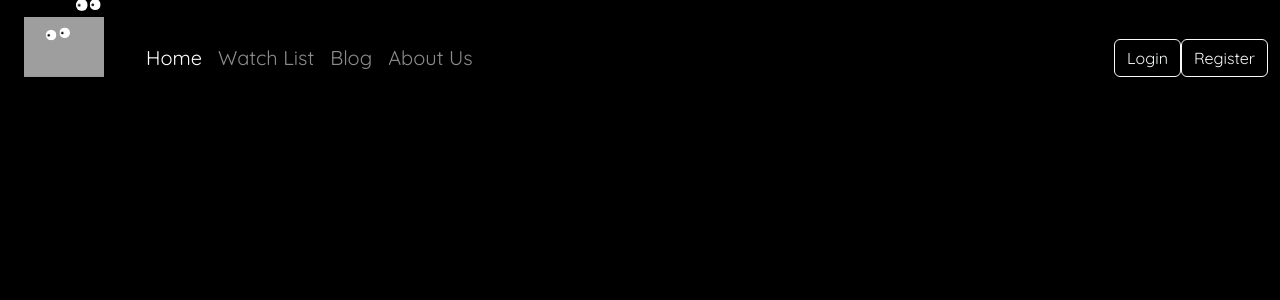
Repository: dangnguyenblackie/Movie-Review-Site
Page: / (app in movie-app/)
The author's editor kept a copy of each file at every save. The page is drawn from the files as they stood at one save, then again after the next save.
The browser window is 1280 px wide. The pictures show the whole page.
Pictures or frames that could not be fetched are drawn as grey boxes. The page's requests for data from a server got no answer. The project was rebuilt for these pictures with package versions that can differ from the ones it lists, and the page was loaded fresh each time. No one was signed in, and anything a server would have sent is missing. Also part of the build but not shown: movie-app/vite.config.ts, movie-app/src/components/header/Header.css.

Above is the page before, as saved 2023-08-12 22:00:58.

After the next save:
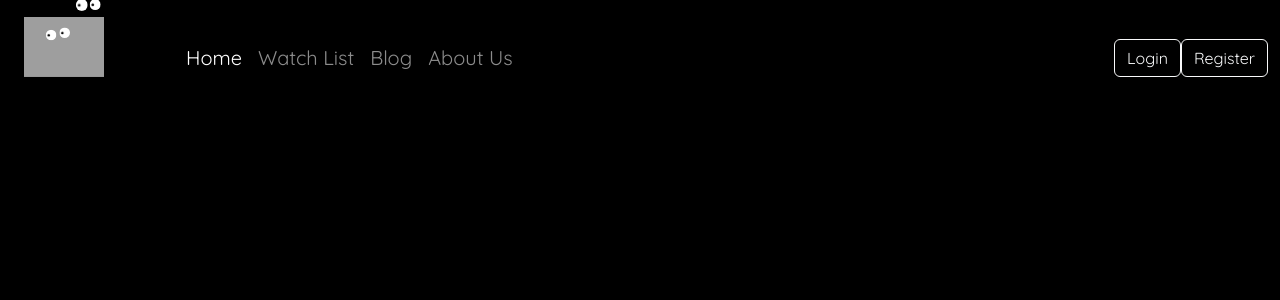
Saved 8 s later.
--- a/movie-app/src/components/header/Header.tsx
+++ b/movie-app/src/components/header/Header.tsx
@@ -18,7 +18,7 @@
         <Navbar.Collapse id="navbarScroll">
           <Nav
             className="me-auto my-2 my-lg-0"
-            style={{ maxHeight: "100px", fontSize: "20px", margin: "0px 10px" }}
+            style={{ maxHeight: "100px", fontSize: "20px", margin: "0px 50px" }}
             navbarScroll
           >
             <NavLink className="nav-link" to="/">
